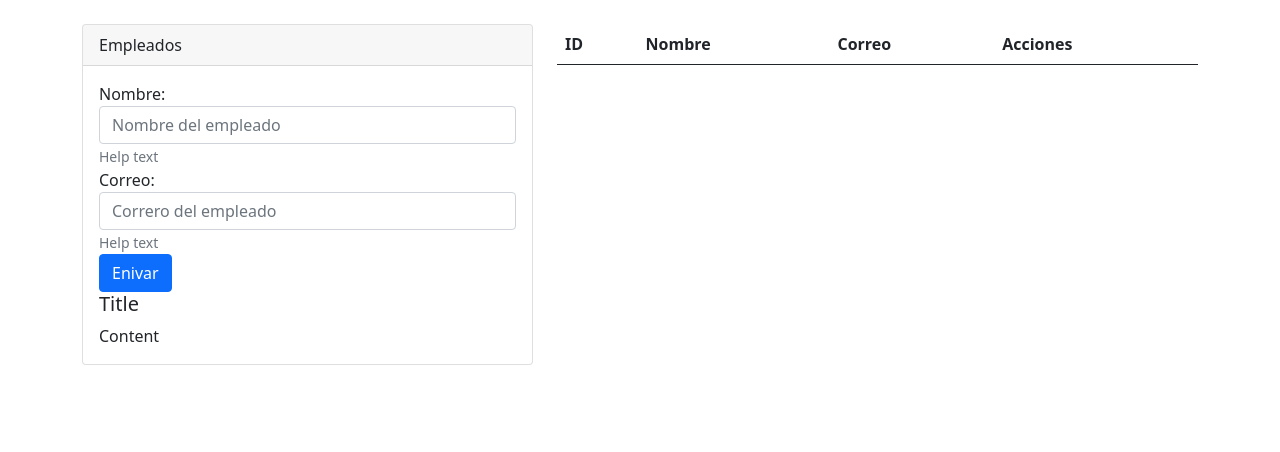
Repository: LionardoGomiz/CRUD-JS-VAINILLA
Page: index.html
An editor plug-in stored every save of this project. The page is shown before and after the next save, followed by the edit.
The browser window is 1280 px wide. The pictures show the whole page.
The page's requests for data from a server got no answer.

Above is the page before, as saved 2021-08-13 10:20:52.

After the next save:
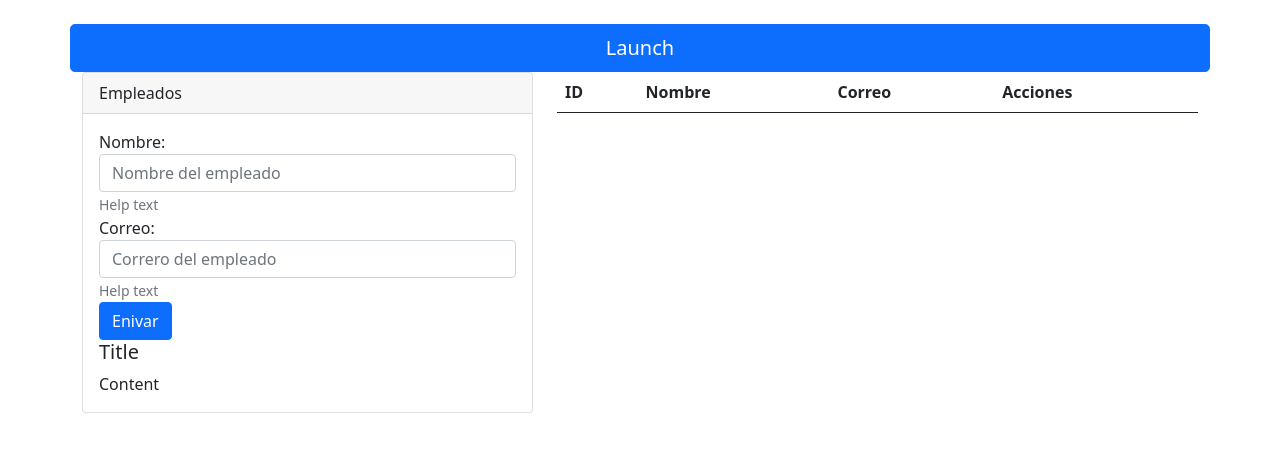
Saved 3 min 16 s later.
--- a/index.html
+++ b/index.html
@@ -13,6 +13,31 @@
     <div class="container">
         <br>
         <div class="row">
+            <!-- Button trigger modal -->
+            <button type="button" class="btn btn-primary btn-lg" data-toggle="modal" data-target="#modelId">
+              Launch
+            </button>
+
+            <!-- Modal -->
+            <div class="modal fade" id="modelId" tabindex="-1" role="dialog" aria-labelledby="modelTitleId" aria-hidden="true">
+                <div class="modal-dialog" role="document">
+                    <div class="modal-content">
+                        <div class="modal-header">
+                            <h5 class="modal-title">Modal title</h5>
+                                <button type="button" class="close" data-dismiss="modal" aria-label="Close">
+                                    <span aria-hidden="true">&times;</span>
+                                </button>
+                        </div>
+                        <div class="modal-body">
+                            Body
+                        </div>
+                        <div class="modal-footer">
+                            <button type="button" class="btn btn-secondary" data-dismiss="modal">Close</button>
+                            <button type="button" class="btn btn-primary">Save</button>
+                        </div>
+                    </div>
+                </div>
+            </div>
             <br>
             <div class="col-md-5">
                     <div class="card">
